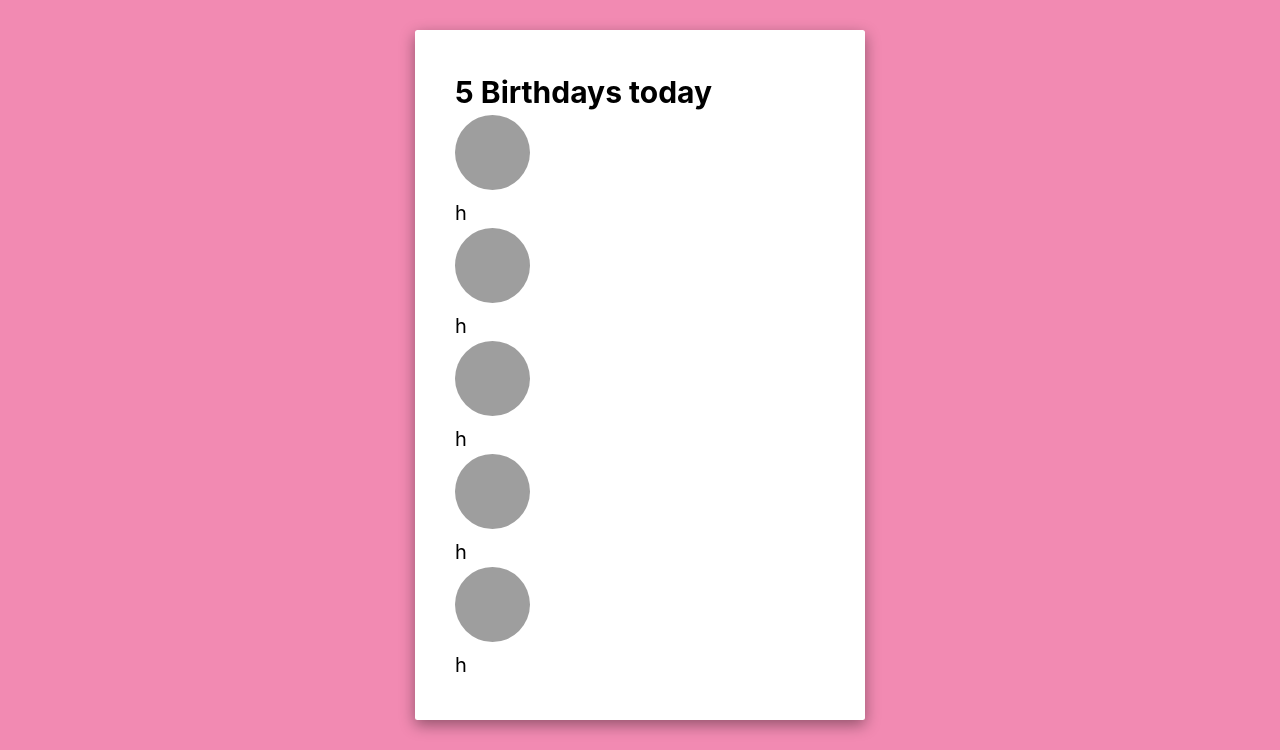
Repository: thaiduy1704/ReactTypeScript-Basic
Page: / (app in 01-birthday-reminder/)
These files come from the project's save history. The page is drawn as it stood at one moment and after a run of saves; the edit follows.
The browser window is 1280 px wide. The pictures show the whole page.
Pictures or frames that could not be fetched are drawn as grey boxes. The project was rebuilt for these pictures with package versions that can differ from the ones it lists, and the page was loaded fresh each time.

Above is the page before, as saved 2022-08-05 16:21:04.

### 01-birthday-reminder/src/index.css
body {
	margin: 0;
	font-family: -apple-system, BlinkMacSystemFont, 'Segoe UI', 'Roboto', 'Oxygen',
		'Ubuntu', 'Cantarell', 'Fira Sans', 'Droid Sans', 'Helvetica Neue',
		sans-serif;
	-webkit-font-smoothing: antialiased;
	-moz-osx-font-smoothing: grayscale;
}

code {
	font-family: source-code-pro, Menlo, Monaco, Consolas, 'Courier New',
		monospace;
}

/* Global Style */
:root {
	--clr-background: #f28ab2;
	--clr-paragraph: #627e99
	--spacing: 0.1rem;
	--radius: 0.25rem;
	--light-shadow: 0 5px 15px rgba(0, 0, 0, 0.1);
	--dark-shadow: 0 5px 15px rgba(0, 0, 0, 0.4);
	--max-width: 1170px;
	--fixed-width: 450px;
	--transition: all 0.3s linear;
}

html {
	font-size: 62.5%;
}

*,
*::before,
*::after {
	padding: 0;
	margin: 0;
	box-sizing: border-box;
}

body {
	line-height: 1.5;
	background: var(--clr-background);
	font-size: 2rem;
}

/* Typography */
ul {
	list-style-type: none;
}

a {
	text-decoration: none;
}

h1,
h2,
h3,
h4 {
	letter-spacing: var(--spacing);
}

/* Layout */
.container {
	min-height: 100vh;
	display: flex;
	justify-content: center;
	align-items: center;
}

### 01-birthday-reminder/src/App.tsx
import { useState } from "react";
import { Card } from "./components/Card";
import { data } from "./data";

function App() {
  const [people, setPeople] = useState(data);

  const clearPeople = () => {
    setPeople([]);
  };

  const restartPeople = () => {
    setPeople(data);
  };

  return (
    <Card
      people={people}
      clearPeople={clearPeople}
      restartPeople={restartPeople}
    />
  );
}

export default App;

### 01-birthday-reminder/src/components/Card.tsx
import React from "react";
import styled from "styled-components";

import Person, { PersonType } from "./Person";

export interface PeopleType {
  people: PersonType[];
  clearPeople: () => void;
  restartPeople: () => void;
}
export const Card: React.FC<PeopleType> = ({
  people,
  clearPeople,
  restartPeople,
}) => {
  return (
    <Wrapper className="content">
      <h1>{people.length} Birthdays today</h1>
      <div>
        {people.map((person) => {
          return <Person key={person.id} {...person} />;
        })}
      </div>
    </Wrapper>
  );
};

const Wrapper = styled.section`
  background-color: white;
  width: 90vw;
  max-width: var(--fixed-width);
  padding: 4rem;
  border-radius: var(--radius);
  box-shadow: var(--dark-shadow);
  display: flex;
  flex-direction: column;
  margin: 3rem auto;
`;

### 01-birthday-reminder/src/data.ts
export const data = [
  {
    id: 1,
    name: "Bertie Yates",
    age: 29,
    image:
      "https://res.cloudinary.com/diqqf3eq2/image/upload/v1595959131/person-2_ipcjws.jpg",
  },
  {
    id: 2,
    name: "Hester Hogan",
    age: 32,
    image:
      "https://res.cloudinary.com/diqqf3eq2/image/upload/v1595959131/person-3_rxtqvi.jpg",
  },
  {
    id: 3,
    name: "Larry Little",
    age: 36,
    image:
      "https://res.cloudinary.com/diqqf3eq2/image/upload/v1586883423/person-4_t9nxjt.jpg",
  },
  {
    id: 4,
    name: "Sean Walsh",
    age: 34,
    image:
      "https://res.cloudinary.com/diqqf3eq2/image/upload/v1586883417/person-3_ipa0mj.jpg",
  },
  {
    id: 5,
    name: "Lola Gardner",
    age: 29,
    image:
      "https://res.cloudinary.com/diqqf3eq2/image/upload/v1586883334/person-1_rfzshl.jpg",
  },
];

### 01-birthday-reminder/src/components/Person.tsx
import React from "react";
import styled from "styled-components";

export interface PersonType {
  id: number;
  name: string;
  age: number;
  image: string;
}

const Person: React.FC<PersonType> = ({ id, name, age, image }) => {
  return (
    <Wrapper>
      <img src={image} alt={name} />
      <div>
        h
      </div>
    </Wrapper>
  );
};
const Wrapper = styled.article`
  img {
    width: 7.5rem;
    height: 7.5rem;
    object-fit: cover;
    margin-right: 1rem;
    border-radius: 50%;
  }
`;
export default Person;

Loaded but not shown: 01-birthday-reminder/public/index.html (common file); 01-birthday-reminder/src/index.tsx (common file); 01-birthday-reminder/src/reportWebVitals.ts (common file)

After the next 7 saves:
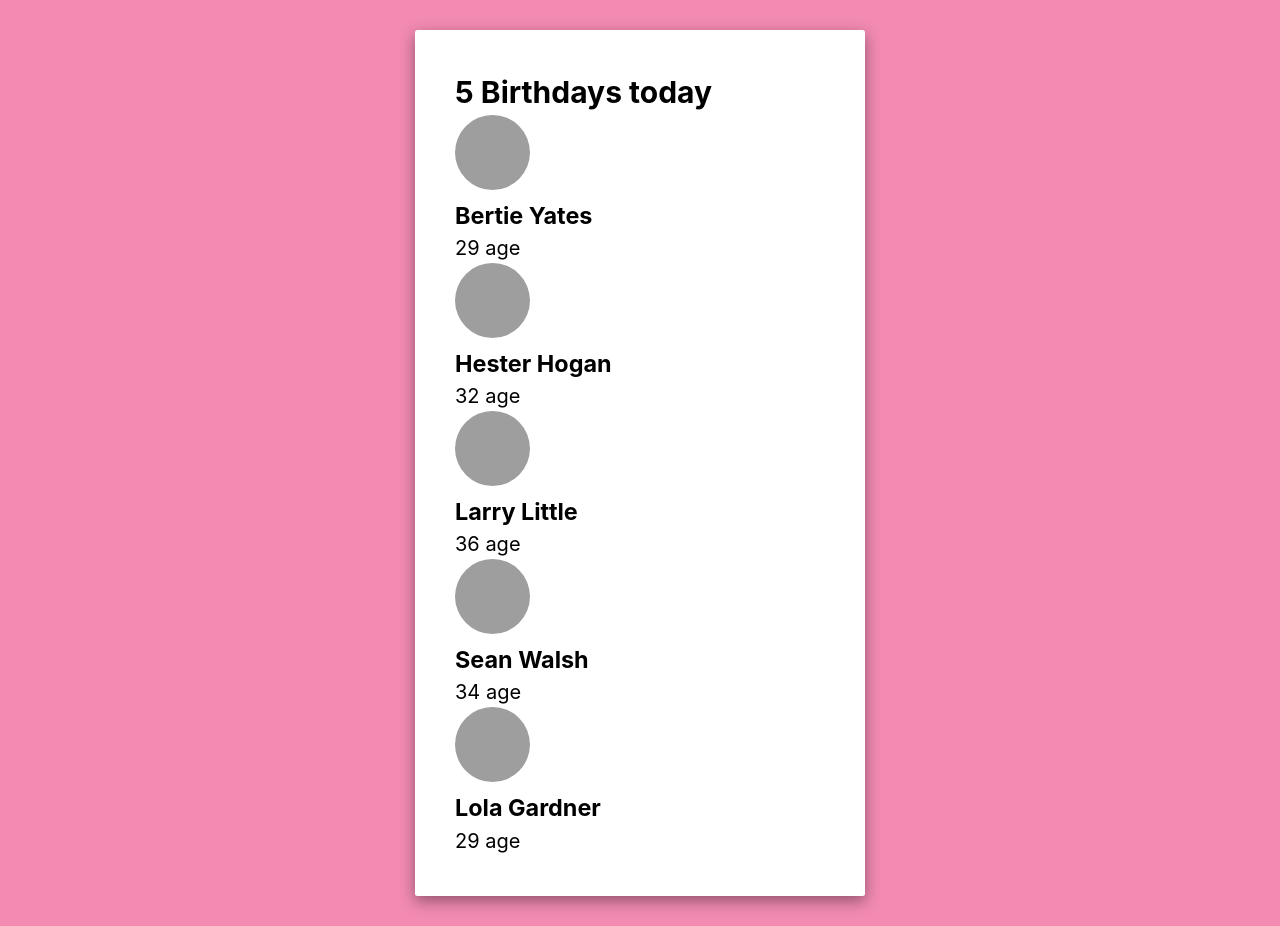
The 7 saves are shown as one change because they came seconds apart.
The last was saved 21 s later.
--- a/01-birthday-reminder/src/components/Person.tsx
+++ b/01-birthday-reminder/src/components/Person.tsx
@@ -13,7 +13,8 @@ const Person: React.FC<PersonType> = ({ id, name, age, image }) => {
     <Wrapper>
       <img src={image} alt={name} />
       <div>
-        h
+        <h3>{name}</h3>
+        <p>{age} age</p>
       </div>
     </Wrapper>
   );
